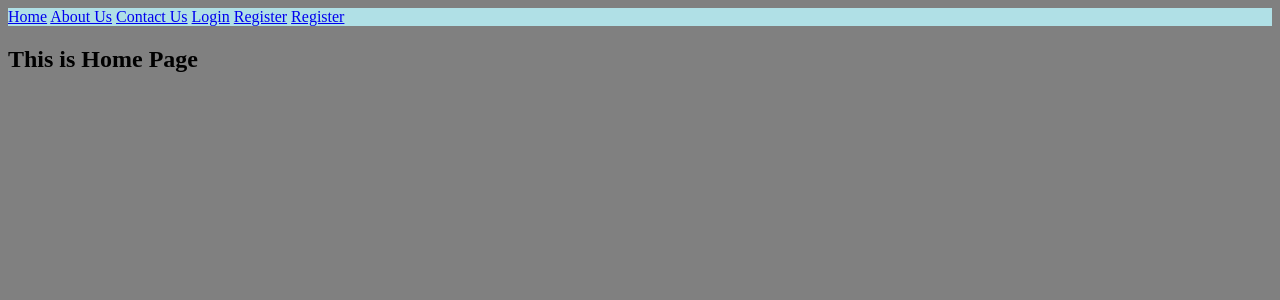
Repository: Mehakbatra496/Eclipse_Workspace
Page: http://localhost/G5_Springboot_LoginReg_ProfileApp/views/home.jsp
An editor plug-in stored every save of this project. The page is shown before and after the next save, followed by the edit.
The browser window is 1280 px wide. The pictures show the whole page.
The page is served by Tomcat 9. Other server files are loaded and not shown.

Above is the page before, as saved 2024-08-26 06:59:56.

### G5_Springboot_LoginReg_ProfileApp/src/main/webapp/views/home.jsp
<%@ page language="java" contentType="text/html; charset=ISO-8859-1"
    pageEncoding="ISO-8859-1"%>

<html>
    <head>
        <meta charset="ISO-8859-1">
        <title>Home</title>
        <style>

           .menubar_div {background-color: powderblue;}

        </style>
    </head>

    <body style="background-color: gray">
     			  <div class="menubar_div">
						<a href="homePage">Home</a>
						<a href="aboutUsPage">About Us</a>
						<a href="contactUsPage">Contact Us</a>
						<a href="loginPage">Login</a>
						<a href="registerPage">Register</a>
						<a href="registerPage">Register</a>

				  </div>
        <h2>This is Home Page</h2>
    </body>
</html>

### G5_Springboot_LoginReg_ProfileApp/src/main/webapp/views/header.jsp
			<!DOCTYPE html>
		<html>
			<head>
				<meta charset="ISO-8859-1">
				<title>Home</title>
			</head>
				<div class="menubar_div">
					<a href="homePage">Home</a>
					<a href="aboutUsPage">About Us</a>
					<a href="contactUsPage">Contact Us</a>
					<a href="logoutPage">Logout</a>
				</div>
		</html>

After the next save:
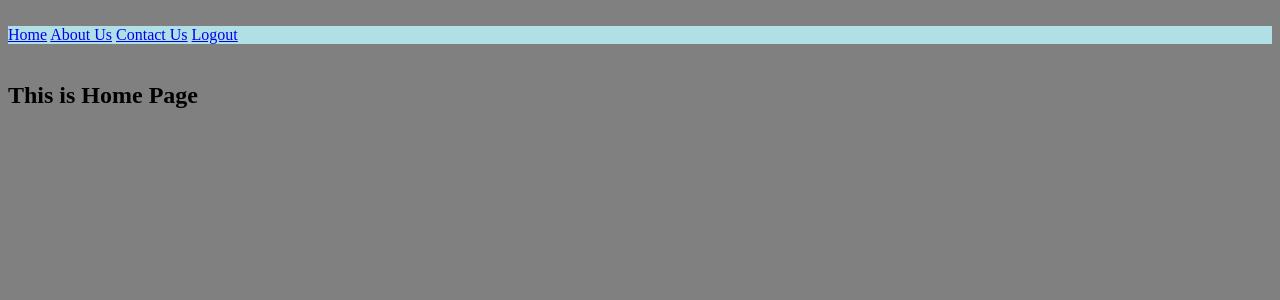
Saved 41 s later.
--- a/G5_Springboot_LoginReg_ProfileApp/src/main/webapp/views/home.jsp
+++ b/G5_Springboot_LoginReg_ProfileApp/src/main/webapp/views/home.jsp
@@ -13,15 +13,9 @@
     </head>
 
     <body style="background-color: gray">
-     			  <div class="menubar_div">
-						<a href="homePage">Home</a>
-						<a href="aboutUsPage">About Us</a>
-						<a href="contactUsPage">Contact Us</a>
-						<a href="loginPage">Login</a>
-						<a href="registerPage">Register</a>
-						<a href="registerPage">Register</a>
-
-				  </div>
+     			 <br>
+		<jsp:include page="header.jsp" />
+    <br>
         <h2>This is Home Page</h2>
     </body>
 </html>
